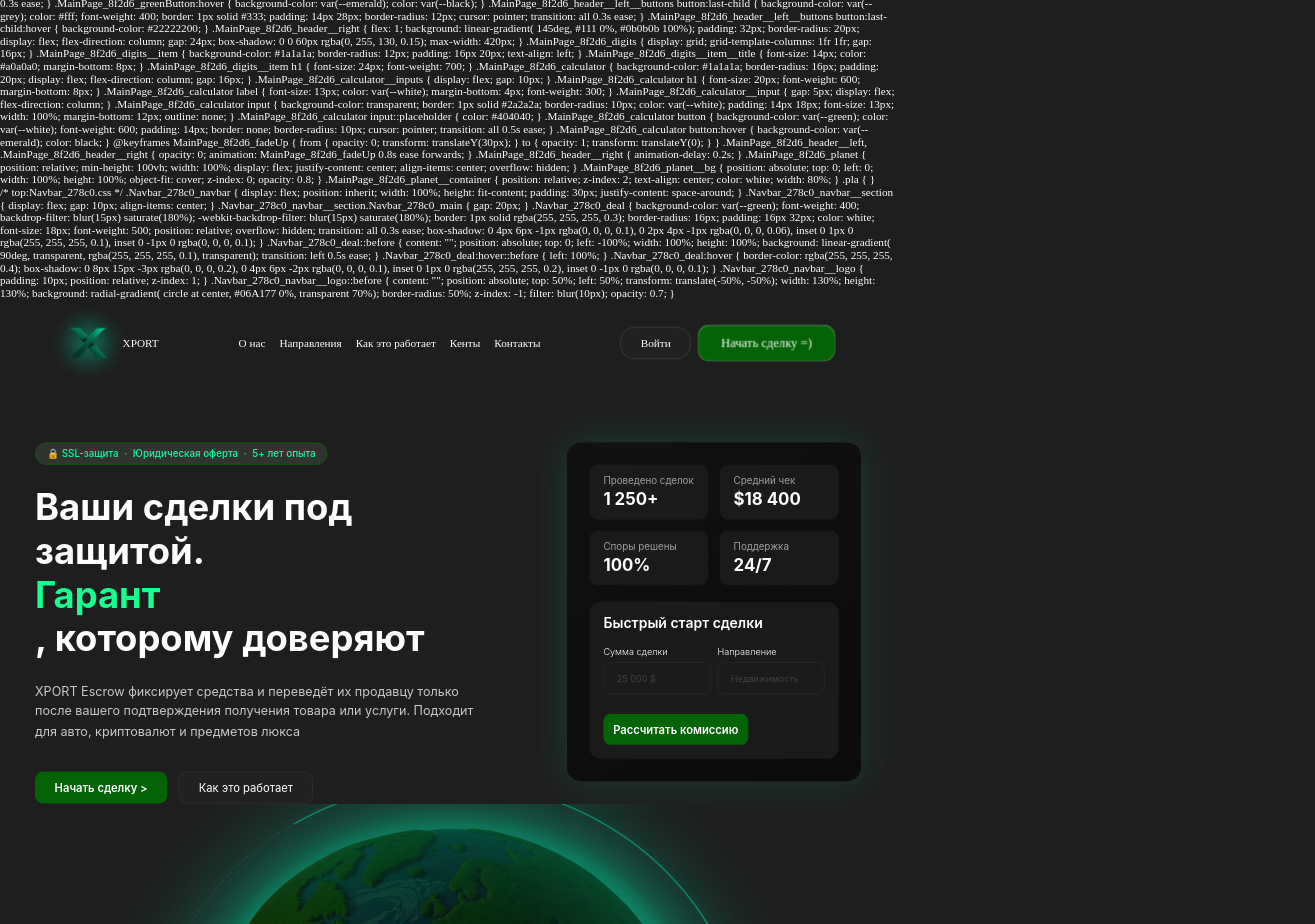
Repository: 1mpuryyyyy/x-port
Page: /x-port/
The author's editor kept a copy of each file at every save. The page is drawn from the files as they stood at one save, then again after the next save.
The browser window is 1280 px wide. The page is 1879 px wide, so the pictures cover 1879 px, including what lies to the right of the window. The pictures show the part of the page from y = 1300 to 2620 px (the page is 3248 px tall before and 3266 px after), at 70% of full size.
The project was rebuilt for these pictures with package versions that can differ from the ones it lists, and the page was loaded fresh each time. Also part of the build but not shown: vite.config.js.

Above is the page before, as saved 2025-10-09 02:57:59.

### index.html
<!doctype html>
<html lang="en">

<head>
    <meta charset="UTF-8" />
    <link rel="icon" type="image/svg+xml" href="/logo.svg" />
    <meta name="viewport" content="width=device-width, initial-scale=1.0" />
    <title>XPORT</title>
</head>

<body>
    <div id="root"></div>
    <script type="module" src="/src/main.jsx"></script>
</body>

</html>

### src/index.css
:root {
    --display: #1E1E1E;
    --grey: #212124;
    --green: #046307;
    --bg-card: #303430;
    --gold: #D79A19;
    --blue: #1735B1;
    --emerald: #00C36D;
    --light-green: #0AFF9D;
    --white: #ffff;
    --transparent: rgba(255, 255, 255, 0.15);
    --light-grey: #404040;
}

* {
    margin: 0;
    padding: 0;
    box-sizing: border-box;
    text-decoration: none;
    border: none;
    font-size: 100%;
    font: inherit;
    font-family: "Helvetica Neue", Helvetica, Arial, sans-serif;
    color: var(--white)
}

::-webkit-scrollbar {
    width: 8px;
}

::-webkit-scrollbar-track {
    background: transparent;
}

::-webkit-scrollbar-thumb {
    background-color: var(--transparent);
    backdrop-filter: blur(10px) saturate(180%);
    -webkit-backdrop-filter: blur(10px) saturate(180%);
    border-radius: 6px;
    border: 1px solid rgba(255, 255, 255, 0.1);
}

::-webkit-scrollbar-thumb:hover {
    background-color: rgba(255, 255, 255, 0.1);
    backdrop-filter: blur(12px) saturate(200%);
    -webkit-backdrop-filter: blur(12px) saturate(200%);
}

ol,
ul {
    list-style: none;
}

blockquote,
q {
    quotes: none;
}

table {
    border-collapse: collapse;
    border-spacing: 0;
}

button {
    border: none;
    cursor: pointer;
    border-radius: 20px;
    background-color: var(--grey);
    border: 1px solid;
    border-color: var(--light-grey);
    padding: 14px 28px;
    color: white;
    font-weight: 300;
    display: flex;
    align-items: center;
    justify-content: center;
    transition: 0.3s ease;
}

body {
    background-color: var(--display);
    min-height: 100vh;
    line-height: 1;
}

### src/App.jsx
import { Provider } from "react-redux";
import { RouterProvider, createBrowserRouter } from "react-router-dom";
import "./App.css";
import { MainPage } from "./components/MainPage/MainPage.jsx";
import Layout from "./components/Layout.jsx";

const router = createBrowserRouter(
    [
        {
            path: "/",
            element: <Layout />,
            children: [
                {
                    path: "",
                    element: <MainPage />,
                },
            ],
        },
    ],
    {
        basename: '/x-port',
    }
);


function App() {
    return (
        <>
            {/* <Provider store={store}> */}
            <RouterProvider router={router}></RouterProvider>
            {/* </Provider> */}
        </>
    );
}

export default App;

### src/App.css
:root {
    --display: #1E1E1E;
    --green: #046307;
    --bg-card: #303430;
    --gold: #D79A19;
    --blue: #1735B1;
    --emerald: #00C36D;
    --light-green: #0AFF9D;
    --white: #ffff;
}

* {
    display: block;
    margin: 0;
    padding: 0;
    box-sizing: border-box;
    text-decoration: none;
    border: none;
    font-size: 100%;
    font: inherit;
}

body {
    line-height: 1;
}

ol,
ul {
    list-style: none;
}

blockquote,
q {
    quotes: none;
}

blockquote:before,
blockquote:after,
q:before,
q:after {
    content: '';
    content: none;
}

table {
    border-collapse: collapse;
    border-spacing: 0;
}

### src/components/MainPage/MainPage.jsx
import style from './MainPage.module.css';
import planet from "../../assets/planet.png";

export const MainPage = () => {
    return (
        <section>
            <div className={style.header}>
                <div className={style.header__left}>
                    <div className={style.header__left__benchmark}>
                        <span>🔒 SSL-защита</span>
                        <span>·</span>
                        <span>Юридическая оферта</span>
                        <span>·</span>
                        <span>5+ лет опыта</span>
                    </div>

                    <h1 className={style.header__left__title}>Ваши сделки под защитой. <span>Гарант</span>, которому доверяют</h1>
                    <p className={style.header__left__description}>XPORT Escrow фиксирует средства и переведёт их продавцу только после вашего подтверждения получения товара или услуги. Подходит для авто, криптовалют и предметов люкса</p>
                    <div className={style.header__left__buttons}>
                        <button className={style.greenButton}>Начать сделку {">"} </button>
                        <button>Как это работает </button>
                    </div>
                </div>
                <div className={style.header__right}>
                    <div className={style.digits}>
                        <div className={style.digits__item}>
                            <p className={style.digits__item__title}>Проведено сделок</p>
                            <h1>1 250+</h1>
                        </div>
                        <div className={style.digits__item}>
                            <p className={style.digits__item__title}>Средний чек</p>
                            <h1>$18 400</h1>
                        </div>
                        <div className={style.digits__item}>
                            <p className={style.digits__item__title}>Споры решены</p>
                            <h1>100%</h1>
                        </div>
                        <div className={style.digits__item}>
                            <p className={style.digits__item__title}>Поддержка</p>
                            <h1>24/7</h1>
                        </div>
                    </div>
                    <div className={style.calculator}>
                        <h1>Быстрый старт сделки</h1>
                        <div className={style.calculator__inputs}>
                            <div className={style.calculator__input}>
                                <label htmlFor="amount">Сумма сделки</label>
                                <input type="text" id="amount" placeholder="25 000 $" />
                            </div>
                            <div className={style.calculator__input}>
                                <label htmlFor="direction">Направление</label>
                                <input type="text" id="direction" placeholder="Недвижимость" />
                            </div>
                        </div>
                        <div>
                            <button>Рассчитать комиссию</button>
                        </div>
                    </div>
                </div>
            </div>
            <div className={style.planet}>
                <img
                    src={planet}
                    alt="planet background"
                    className={style.planet__bg}
                />
                <div className={style.planet__container}>
                    <h1>На любой точке планеты</h1>
                    <p>купи купи купи купи купи купи купи купи купи купи купи купи купи купи купи купи купи</p>
                    <button className={style.greenButton}>Начать сделку ={">"}</button>
                </div>
            </div>

        </section>
    );
}

### src/components/Layout.jsx
// import { useSelector } from "react-redux";
import { Navigate, Outlet } from "react-router-dom";
import Navbar from "./Navbar/Navbar.jsx";;

export default function Layout() {
    // const isAuthenticated = useSelector(state => state.auth.isAuthenticated);
    return (
        <div>
            {/* {!isAuthenticated && <Navigate to={"/"} />} */}
            <Navbar />
            <Outlet />
        </div>
    );
}

### src/components/MainPage/MainPage.module.css
section {
    color: #ffffff;
    padding: 80px 50px;
    min-height: 100vh;
    display: flex;
    align-items: center;
    justify-content: center;
    font-family: 'Inter', sans-serif;
    flex-direction: column;
}

/* Общий контейнер */
.header {
    display: flex;
    justify-content: space-between;
    align-items: flex-start;
    gap: 80px;
    width: 100%;
    max-width: 1400px;
}

/* Левая часть */
.header__left {
    flex: 1;
    display: flex;
    flex-direction: column;
    gap: 30px;
}

.header__left__benchmark {
    background-color: #303430;
    border: 1px solid #046307;
    color: #0AFF9D;
    border-radius: 999px;
    display: inline-flex;
    align-items: center;
    gap: 8px;
    padding: 8px 16px;
    font-size: 14px;
    font-weight: 500;
    width: fit-content;
}

.header__left__benchmark span {
    color: #0AFF9D;
}

.header__left__title {
    font-size: 52px;
    font-weight: 700;
    line-height: 1.2;
    max-width: 640px;
}

.header__left__title span {
    color: #18ff90;
}

.header__left__description {
    font-size: 18px;
    color: #c8c8c8;
    max-width: 640px;
    line-height: 1.6;
}

.header__left__buttons {
    display: flex;
    gap: 16px;
    margin-top: 12px;
}

.greenButton {
    background-color: var(--green);
    color: var(--white);
    font-weight: 600;
    padding: 14px 28px;
    border: none;
    border-radius: 12px;
    cursor: pointer;
    transition: all 0.3s ease;
}

.greenButton:hover {
    background-color: var(--emerald);
    color: var(--black);
}

.header__left__buttons button:last-child {
    background-color: var(--grey);
    color: #fff;
    font-weight: 400;
    border: 1px solid #333;
    padding: 14px 28px;
    border-radius: 12px;
    cursor: pointer;
    transition: all 0.3s ease;
}

.header__left__buttons button:last-child:hover {
    background-color: #22222200;
}

/* Правая часть */
.header__right {
    flex: 1;
    background: linear-gradient(145deg, #111 0%, #0b0b0b 100%);

    padding: 32px;
    border-radius: 20px;
    display: flex;
    flex-direction: column;
    gap: 24px;
    box-shadow: 0 0 60px rgba(0, 255, 130, 0.15);
    max-width: 420px;
}

/* Цифры */
.digits {
    display: grid;
    grid-template-columns: 1fr 1fr;
    gap: 16px;
}

.digits__item {
    background-color: #1a1a1a;
    border-radius: 12px;
    padding: 16px 20px;
    text-align: left;
}

.digits__item__title {
    font-size: 14px;
    color: #a0a0a0;
    margin-bottom: 8px;
}

.digits__item h1 {
    font-size: 24px;
    font-weight: 700;
}

/* Калькулятор */
.calculator {
    background-color: #1a1a1a;
    border-radius: 16px;
    padding: 20px;
    display: flex;
    flex-direction: column;
    gap: 16px;
}

.calculator__inputs {
    display: flex;
    gap: 10px;
}

.calculator h1 {
    font-size: 20px;
    font-weight: 600;
    margin-bottom: 8px;
}

.calculator label {
    font-size: 13px;
    color: var(--white);
    margin-bottom: 4px;
    font-weight: 300;
}

.calculator__input {
    gap: 5px;
    display: flex;
    flex-direction: column;
}

.calculator input {
    background-color: transparent;
    border: 1px solid #2a2a2a;
    border-radius: 10px;
    color: var(--white);
    padding: 14px 18px;
    font-size: 13px;
    width: 100%;
    margin-bottom: 12px;
    outline: none;
}

.calculator input::placeholder {
    color: #404040;
}

.calculator button {
    background-color: var(--green);
    color: var(--white);
    font-weight: 600;
    padding: 14px;
    border: none;
    border-radius: 10px;
    cursor: pointer;
    transition: all 0.5s ease;
}

.calculator button:hover {
    background-color: var(--emerald);
    color: black;
}

@keyframes fadeUp {
    from {
        opacity: 0;
        transform: translateY(30px);
    }

    to {
        opacity: 1;
        transform: translateY(0);
    }
}

.header__left,
.header__right {
    opacity: 0;
    animation: fadeUp 0.8s ease forwards;
}

.header__right {
    animation-delay: 0.2s;
}

.planet {
    position: relative;
    min-height: 100vh;
    width: 100%;
    display: flex;
    justify-content: center;
    align-items: center;
    overflow: hidden;
}

.planet__bg {
    position: absolute;
    top: 0;
    left: 0;
    width: 100%;
    height: 100%;
    object-fit: cover;
    z-index: 0;
    opacity: 0.8;
}

.planet__container {
    position: relative;
    z-index: 2;
    text-align: center;
    color: white;
    width: 80%;
}
.pla

### src/components/Navbar/Navbar.jsx
import { Link } from 'react-router-dom'
import style from './Navbar.module.css'
import logo from '../../assets/logo.svg'

export default function Navbar() {
    return (
        <nav className={style["navbar"]} id='navbar'>
            <div className={style.navbar__section}>
                <Link to="/" className={style.navbar__logo}>
                    <img src={logo} alt="Логотип" title='XPORT' />
                </Link>
                <p className={style.logo__title}>
                    XPORT
                </p>
            </div>
            <div className={`${style.navbar__section} ${style.main}`}>
                <Link to="/">
                    <p>О нас</p>
                </Link>
                <Link to="/">
                    <p>Направления</p>
                </Link>
                <Link to="/">
                    <p>Как это работает</p>
                </Link>
                <Link to="/">
                    <p>Кенты</p>
                </Link>
                <Link to="/">
                    <p>Контакты</p>
                </Link>
            </div>
            <div className={style.navbar__section}>
                <Link>
                    <button>Войти</button>
                </Link>
                <Link>
                    <button className={style.deal}>Начать сделку =)</button>
                </Link>
            </div>
        </nav >);
};

### src/components/Navbar/Navbar.module.css
.navbar {
    display: flex;
    position: inherit;
    width: 100%;
    height: fit-content;
    padding: 30px;
    justify-content: space-around;
}

.navbar__section {
    display: flex;
    gap: 10px;
    align-items: center;
}

.navbar__section.main {
    gap: 20px;
}

.deal {
    background-color: var(--green);
    font-weight: 400;
    backdrop-filter: blur(15px) saturate(180%);
    -webkit-backdrop-filter: blur(15px) saturate(180%);
    border: 1px solid rgba(255, 255, 255, 0.3);
    border-radius: 16px;
    padding: 16px 32px;
    color: white;
    font-size: 18px;
    font-weight: 500;
    position: relative;
    overflow: hidden;
    transition: all 0.3s ease;
    box-shadow:
        0 4px 6px -1px rgba(0, 0, 0, 0.1),
        0 2px 4px -1px rgba(0, 0, 0, 0.06),
        inset 0 1px 0 rgba(255, 255, 255, 0.1),
        inset 0 -1px 0 rgba(0, 0, 0, 0.1);
}

.deal::before {
    content: '';
    position: absolute;
    top: 0;
    left: -100%;
    width: 100%;
    height: 100%;
    background: linear-gradient(90deg,
            transparent,
            rgba(255, 255, 255, 0.1),
            transparent);
    transition: left 0.5s ease;
}

.deal:hover::before {
    left: 100%;
}

.deal:hover {
    border-color: rgba(255, 255, 255, 0.4);
    box-shadow:
        0 8px 15px -3px rgba(0, 0, 0, 0.2),
        0 4px 6px -2px rgba(0, 0, 0, 0.1),
        inset 0 1px 0 rgba(255, 255, 255, 0.2),
        inset 0 -1px 0 rgba(0, 0, 0, 0.1);
}

.navbar__logo {
    padding: 10px;
    position: relative;
    z-index: 1;
}

.navbar__logo::before {
    content: '';
    position: absolute;
    top: 50%;
    left: 50%;
    transform: translate(-50%, -50%);
    width: 130%;
    height: 130%;
    background: radial-gradient(circle at center,
            #06A177 0%,
            transparent 70%);
    border-radius: 50%;
    z-index: -1;
    filter: blur(10px);
    opacity: 0.7;
}

Loaded but not shown: src/main.jsx (common file)

After the next save:
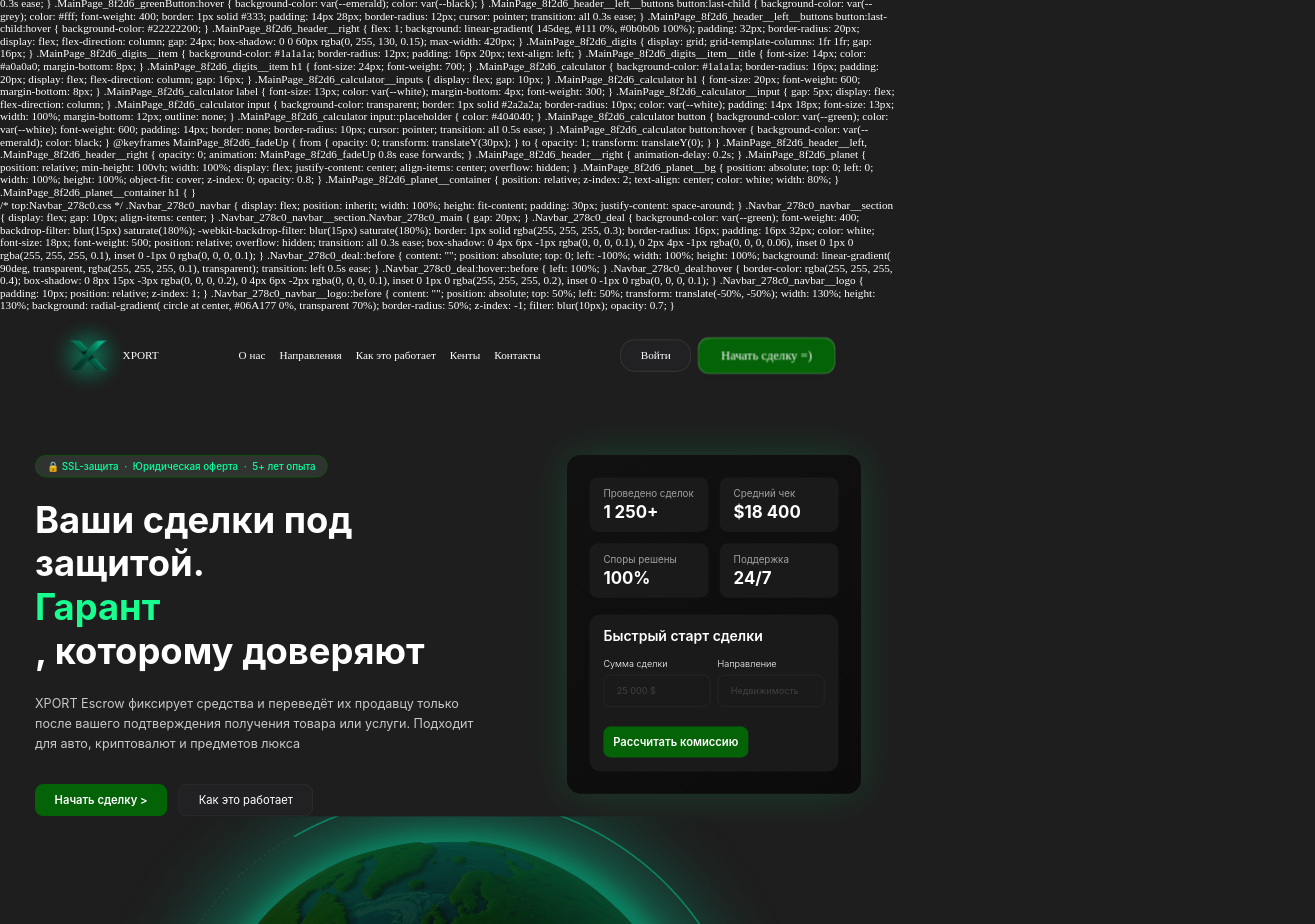
Saved 4 s later.
--- a/src/components/MainPage/MainPage.module.css
+++ b/src/components/MainPage/MainPage.module.css
@@ -255,4 +255,6 @@ section {
     color: white;
     width: 80%;
 }
-.pla
+.planet__container h1 {
+
+}
